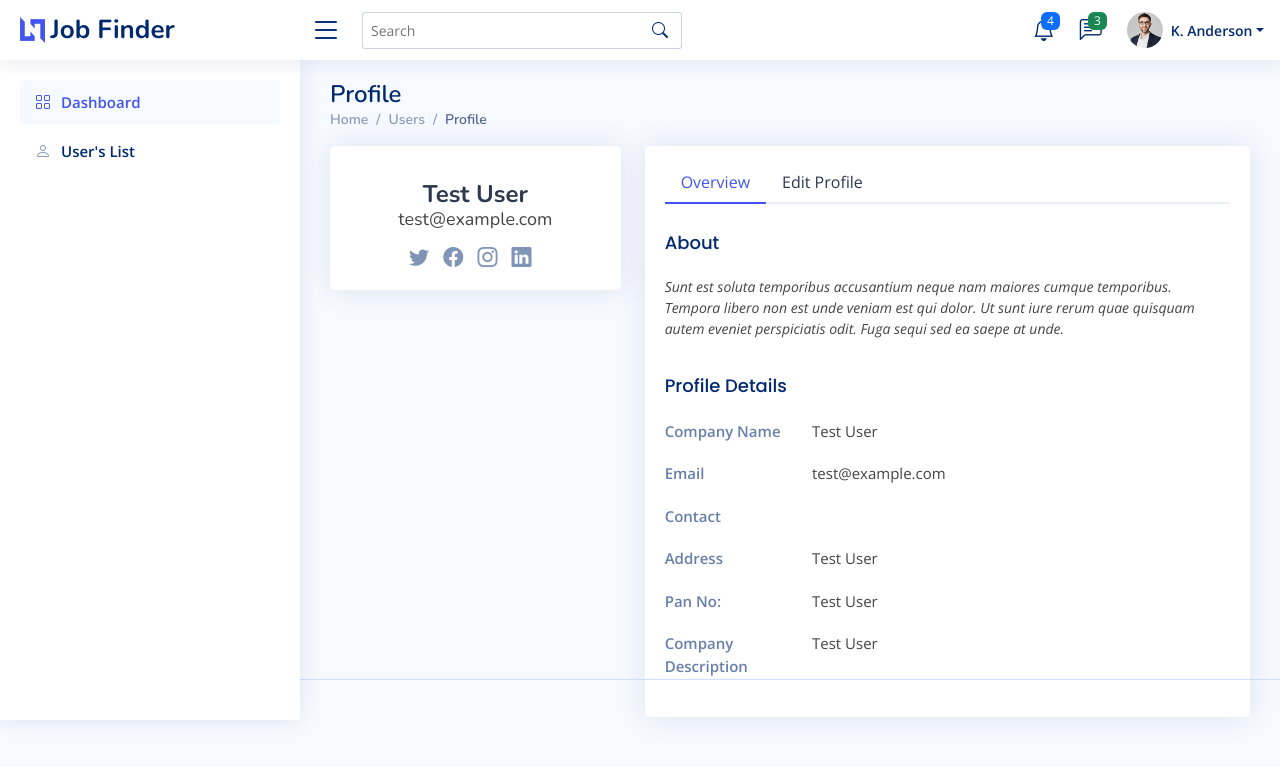
Repository: neha-rouniyar/jobfinder
Page: http://localhost/employer/my-profile
The author's editor kept a copy of each file at every save. The page is drawn from the files as they stood at one save, then again after a run of saves.
The browser window is 1280 px wide. The pictures show the whole page.
The page is served by the project's Laravel application, run on PHP 8.4 with Laravel 10. A made-up administrator, Test User (test@example.com), is signed in.

Above is the page before, as saved 2023-12-21 22:37:55.

After the next 2 saves:
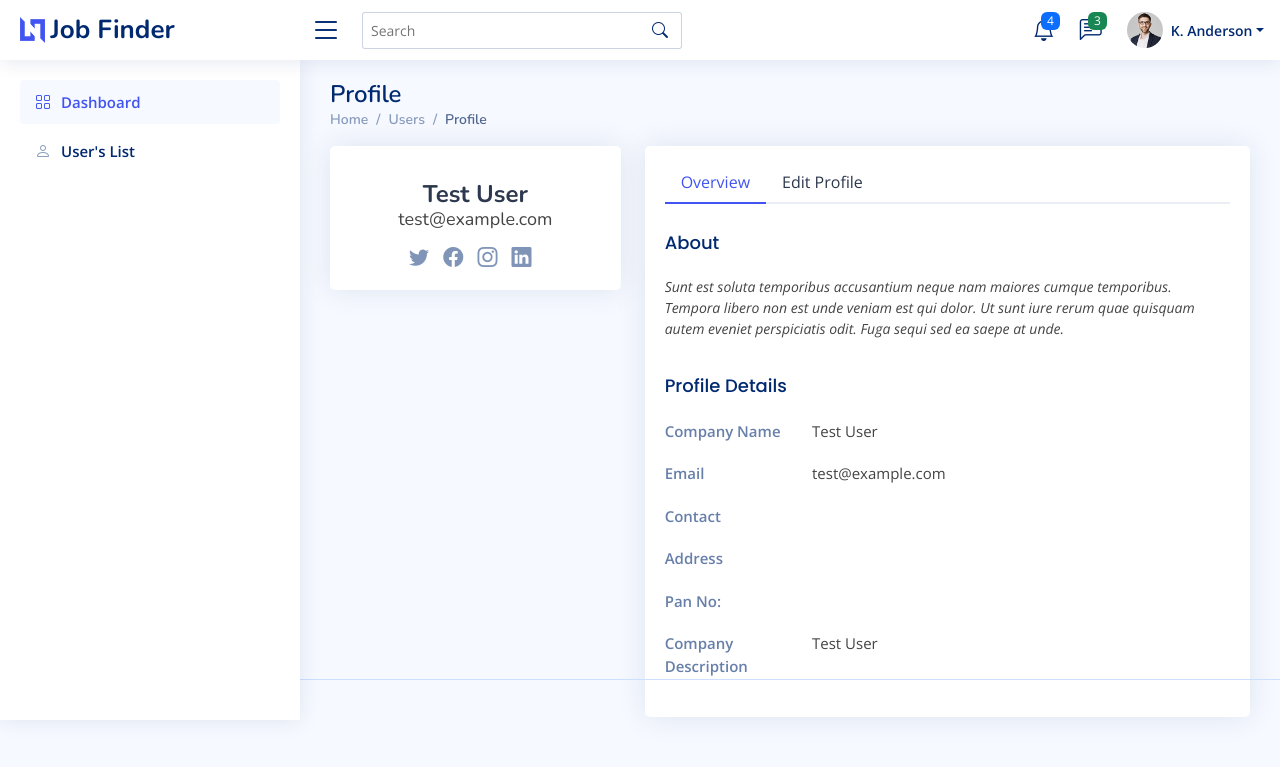
The 2 saves are shown as one change because they came seconds apart.
The last was saved 7 s later.
--- a/resources/views/employer/myProfile.blade.php
+++ b/resources/views/employer/myProfile.blade.php
@@ -82,12 +82,12 @@
 
                       <div class="row">
                         <div class="col-lg-3 col-md-4 label">Address</div>
-                        <div class="col-lg-9 col-md-8">{{$user->name}}</div>
+                        <div class="col-lg-9 col-md-8">{{$user->address}}</div>
                       </div>
 
                       <div class="row">
                         <div class="col-lg-3 col-md-4 label">Pan No:</div>
-                        <div class="col-lg-9 col-md-8">{{$user->name}}</div>
+                        <div class="col-lg-9 col-md-8">{{$user->pan_no}}</div>
                       </div>
 
                       <div class="row">
